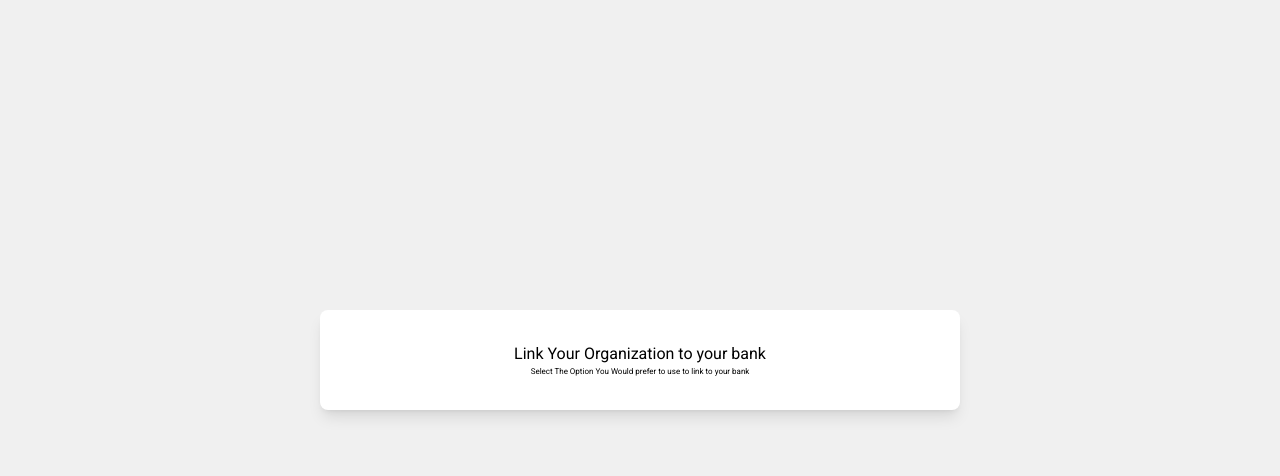
Repository: Nathan-spec/link_to_org
Page: /
An editor plug-in stored every save of this project. The page is shown before and after a run of saves, followed by the edit.
The browser window is 1280 px wide. The pictures show the whole page.
The project was rebuilt for these pictures with package versions that can differ from the ones it lists, and the page was loaded fresh each time. The framework's server and built-in components were replaced by stand-ins that run in the browser. Also part of the build but not shown: next.config.ts.

Above is the page before, as saved 2024-10-25 13:16:48.

After the next 2 saves:
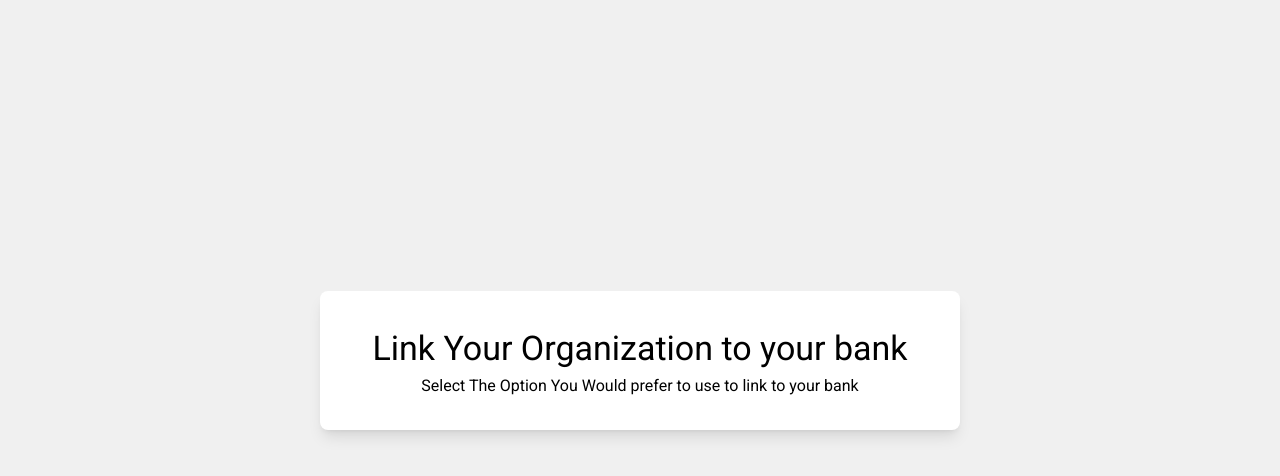
The 2 saves are shown as one change because they came seconds apart.
The last was saved 47 s later.
--- a/app/page.tsx
+++ b/app/page.tsx
@@ -14,10 +14,10 @@ export default function Home() {
     >
       <div className={`w-3/4  md:w-2/3 lg:w-1/2 p-8 bg-white rounded-lg shadow-lg`}>
       {/* Inner card component */}
-      <h1 style={{fontSize: '16px', color: 'black', textAlign: 'center', }}>
+      <h1 style={{fontSize: '34px', color: 'black', textAlign: 'center', }}>
         Link Your Organization to your bank
       </h1>
-      <h2 style={{fontSize: '8px', color: 'black', textAlign: 'center', }}>
+      <h2 style={{fontSize: 'px', color: 'black', textAlign: 'center', }}>
          Select The Option You Would prefer to use to link to your bank
       </h2>
       </div>
